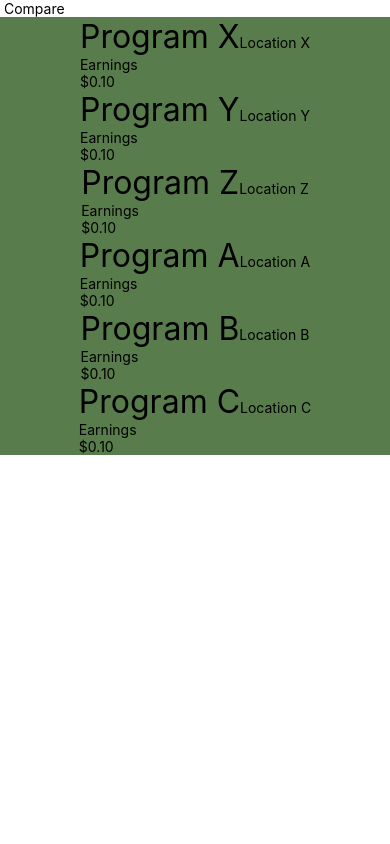
Repository: ct-pham/COMP4511
Screen: / (app in comp4511/)
These files come from the project's save history. The screen is drawn as it stood at one moment and after the next save; the edit follows.
The app was drawn by React Native's web renderer in a window 390 px wide. The project was rebuilt for these pictures with package versions that can differ from the ones it lists, and the page was loaded fresh each time. Also part of the build but not shown: comp4511/Components/Homepage.js, comp4511/Components/AllEarnings.js, comp4511/Components/ProgramEarnings.js, comp4511/Components/Register.js, comp4511/Components/Login.js.

Above is the screen before, as saved 2022-11-09 18:46:42.

After the next save:
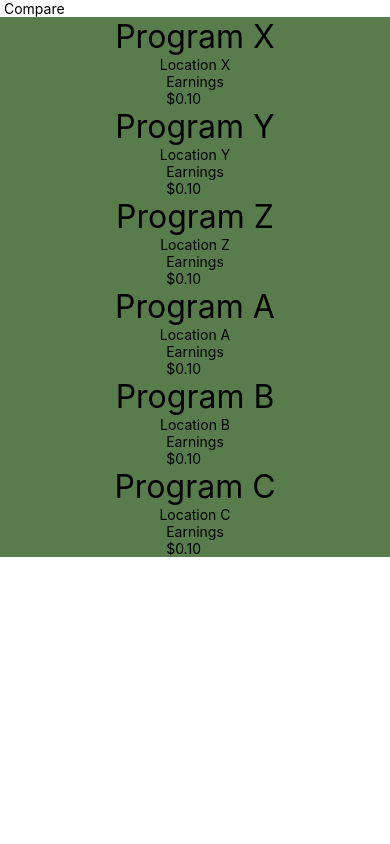
Saved 22 s later.
--- a/comp4511/Components/compareProgram/Items.js
+++ b/comp4511/Components/compareProgram/Items.js
@@ -17,16 +17,14 @@ export default function Items ({item}) {
         <View style={ styles.container}>
 
             <View style = {[styles.programContainer, {width}]}>
-                <view style = {styles.programStyle}>
-                    <Text style = {styles.title}>{item.title}</Text>
-                    <Text style = {styles.location}>{item.location}</Text>
+                <Text style = {styles.title}>{item.title}</Text>
+                <Text style = {styles.location}>{item.location}</Text>
 
-                    <View>
-                        <Text style = {styles.Earnings}>{item.Earning}</Text>
-                        <Text style = {styles.Total}>{item.Total}</Text>
+                <View>
+                    <Text style = {styles.Earnings}>{item.Earning}</Text>
+                    <Text style = {styles.Total}>{item.Total}</Text>
 
-                    </View>
-                </view>
+                </View>
             </View>
 
         </View>
@@ -52,7 +50,5 @@ const styles = StyleSheet.create({
         backgroundColor: '#587C4B',
         alignItems: 'center',
     },
-    programStyle: {
-        alignItems: 'center',
-    },
+
 });
